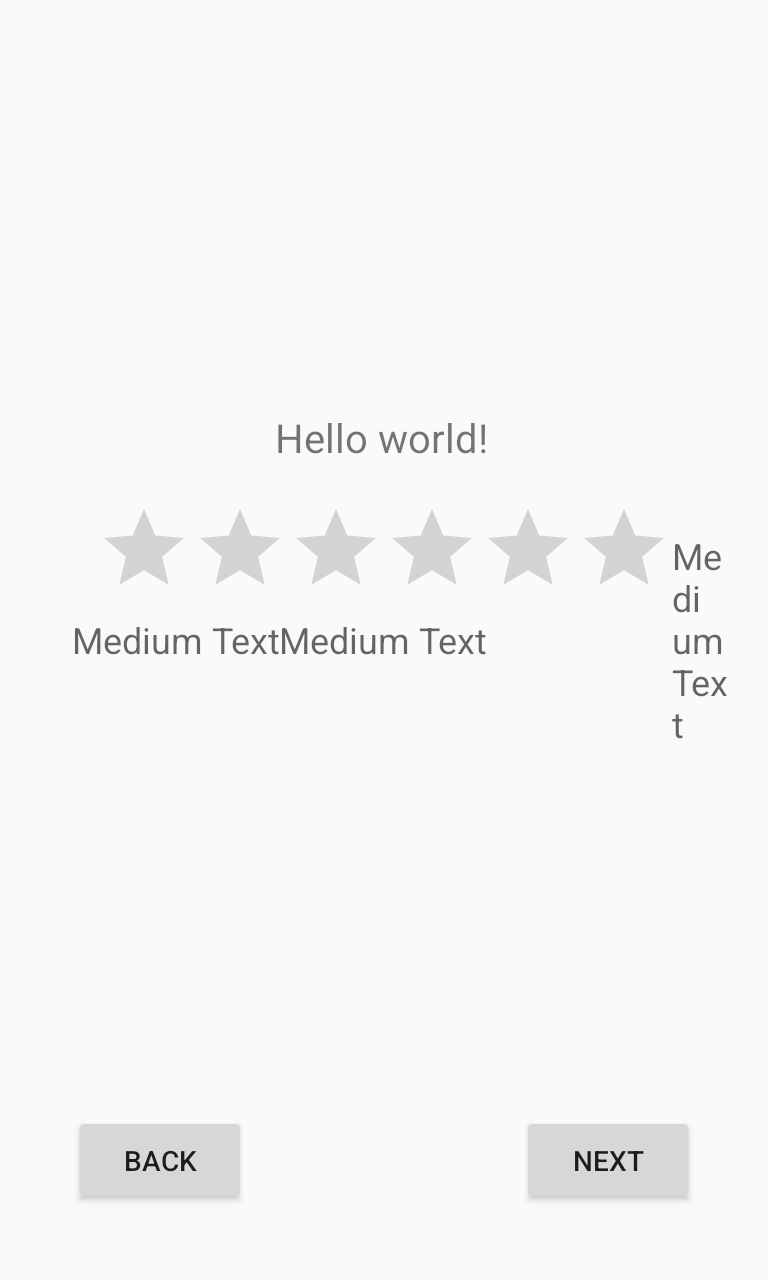
Repository: stevelyall/ERapp
Layout: ERsurvey/res/layout/activity_survey.xml
The author's editor kept a copy of each file at every save. The layout is drawn from the files as they stood at one save, then again after the next save.
It is drawn on a 768 x 1280 px phone screen (xhdpi) without system bars, with theme AppTheme; the app's code is not run.

Above is the layout before, as saved 2014-10-26 01:50:33.

After the next save:
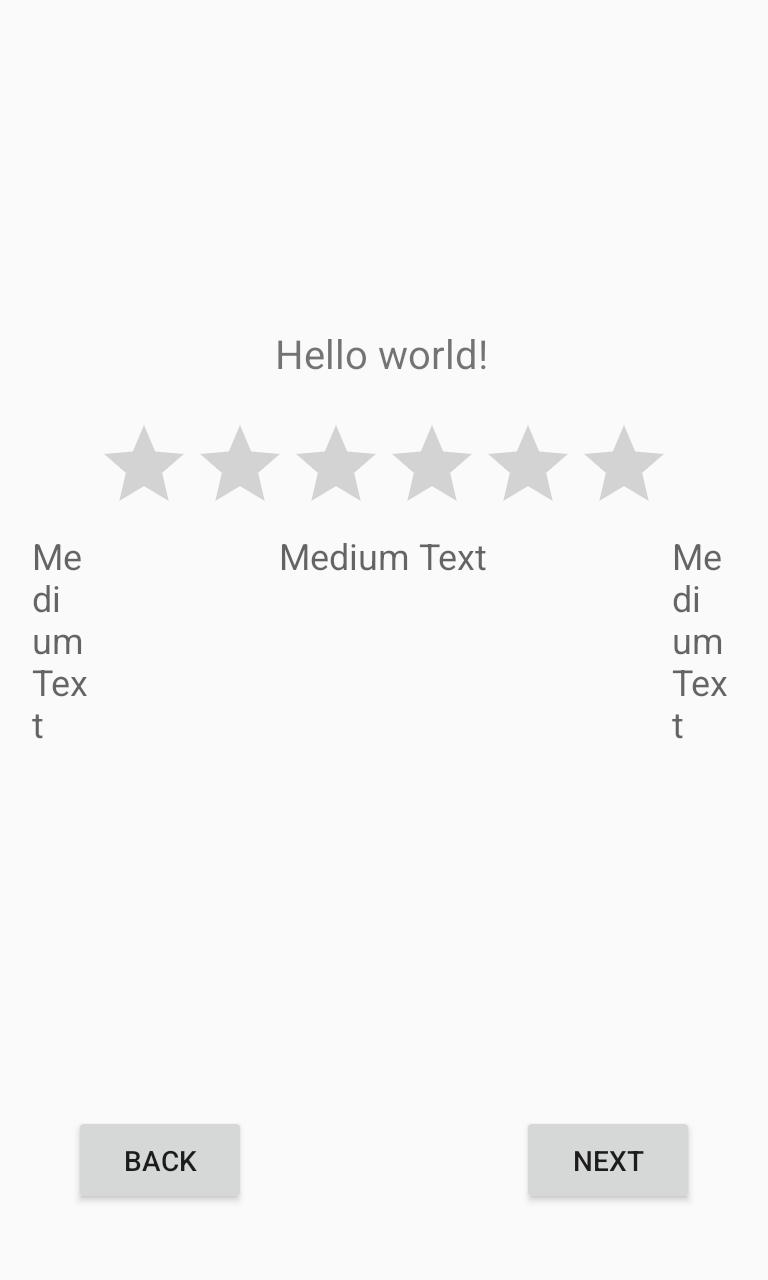
Saved 53 s later.
--- a/ERsurvey/res/layout/activity_survey.xml
+++ b/ERsurvey/res/layout/activity_survey.xml
@@ -48,15 +48,6 @@
         android:textAppearance="?android:attr/textAppearanceMedium" />
 
     <TextView
-        android:id="@+id/lowDesc"
-        android:layout_width="wrap_content"
-        android:layout_height="wrap_content"
-        android:layout_alignLeft="@+id/backButton"
-        android:layout_centerVertical="true"
-        android:text="Medium Text"
-        android:textAppearance="?android:attr/textAppearanceMedium" />
-
-    <TextView
         android:id="@+id/highDesc"
         android:layout_width="wrap_content"
         android:layout_height="wrap_content"
@@ -76,4 +67,14 @@
         android:text="@string/hello_world"
         android:textSize="20sp" />
 
+    <TextView
+        android:id="@+id/lowDesc"
+        android:layout_width="wrap_content"
+        android:layout_height="wrap_content"
+        android:layout_alignBaseline="@+id/highDesc"
+        android:layout_alignBottom="@+id/highDesc"
+        android:layout_toLeftOf="@+id/rating"
+        android:text="Medium Text"
+        android:textAppearance="?android:attr/textAppearanceMedium" />
+
 </RelativeLayout>
